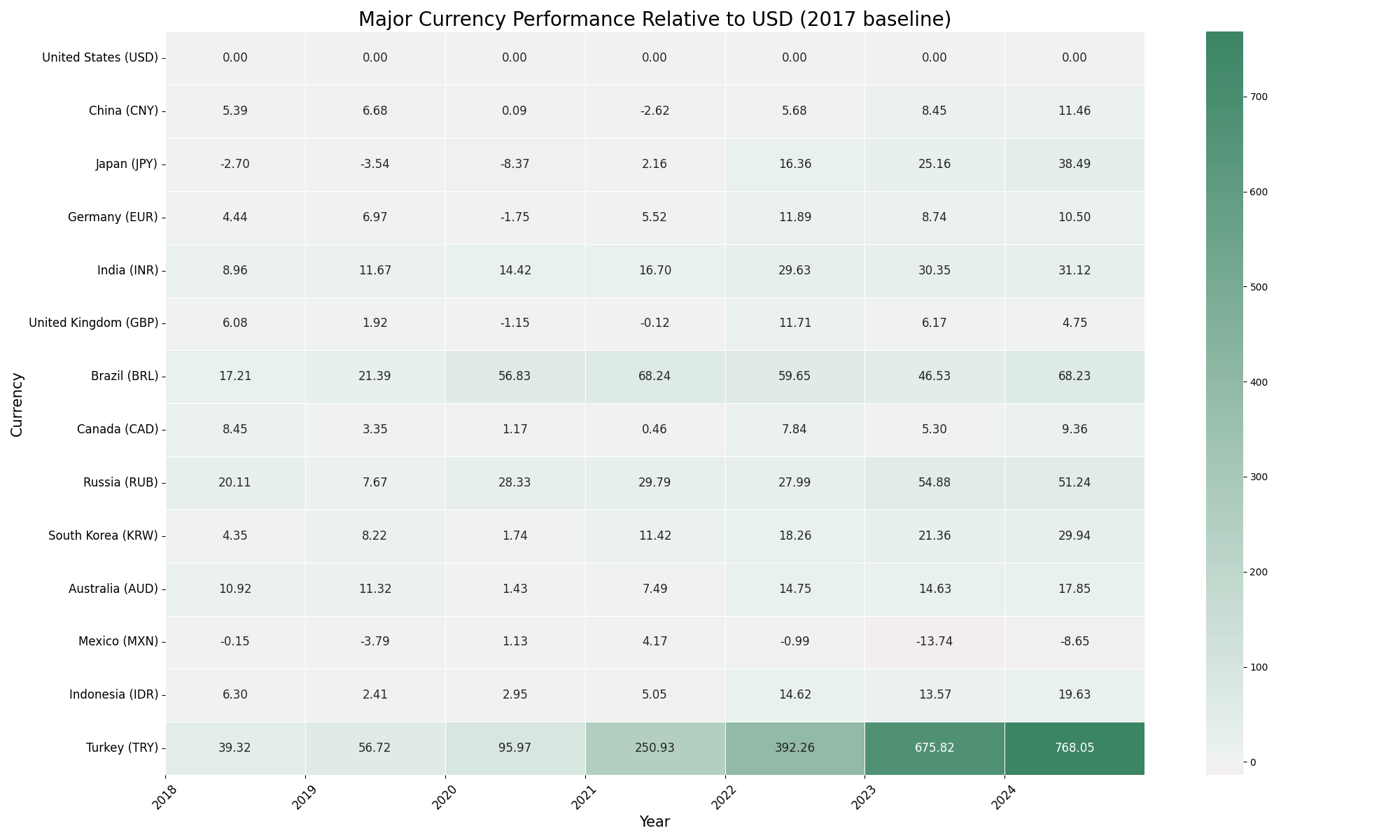
Repository: Lukeshirley/Global_Currencies_vs_USD
Script's output: python visualize_data.py
These files come from the project's save history. The script's output is drawn as it stood at one moment and after the next save; the edit follows.
Figures wider than 1,400 px are first shrunk to that width. Random numbers start from a fixed seed.

Above is the script's output before, as saved 2024-07-23 08:05:14.

### visualize_data.py
import pandas as pd
import seaborn as sns
import matplotlib.pyplot as plt

def format_for_heatmap(value):
    try:
        return float(value.replace('%', ''))
    except:
        return 0

def visualize_performance():
    df = pd.read_csv('currency_performance.csv')
    print("Loaded data:")
    print(df.head())  # Debugging: Check the loaded data

    # List of top 15 countries by GDP and their currencies
    major_currencies = {
        'USD': 'United States',
        'CNY': 'China',
        'JPY': 'Japan',
        'EUR': 'Germany',
        'INR': 'India',
        'GBP': 'United Kingdom',
        'BRL': 'Brazil',
        'CAD': 'Canada',
        'RUB': 'Russia',
        'KRW': 'South Korea',
        'AUD': 'Australia',
        'MXN': 'Mexico',
        'IDR': 'Indonesia',
        'TRY': 'Turkey'
    }

    # Ensure the DataFrame is using the correct index
    df.set_index('currency', inplace=True)

    # Filter only those currencies that are available in the dataset
    available_major_currencies = {k: v for k, v in major_currencies.items() if k in df.columns}
    print("Available major currencies:")
    print(available_major_currencies)

    if not available_major_currencies:
        print("None of the specified major currencies are available in the dataset.")
        print("Available currencies:", df.columns.tolist())
        return

    # Filter the DataFrame to include only the major currencies
    df_filtered = df[available_major_currencies.keys()]
    print("Filtered data for major currencies:")
    print(df_filtered.head())  # Debugging: Check the filtered data

    # Rename the columns to include country names
    df_filtered.columns = [f"{country} ({currency})" for currency, country in available_major_currencies.items()]

    # Transpose the DataFrame for proper visualization
    df_filtered = df_filtered.T

    # Convert the percentage values for heatmap visualization
    df_filtered = df_filtered.applymap(format_for_heatmap)

    plt.figure(figsize=(20, 12))
    cmap = sns.diverging_palette(10, 150, as_cmap=True)  # Green and Red
    sns.heatmap(df_filtered, annot=True, cmap=cmap, fmt=".2f", linewidths=.5, cbar=True, annot_kws={"size": 12}, center=0)
    plt.title('Major Currency Performance Relative to USD (2017 baseline)', fontsize=20)
    plt.xlabel('Year', fontsize=15)
    plt.ylabel('Currency', fontsize=15)
    plt.xticks(ticks=range(len(df_filtered.columns)), labels=[d[:4] for d in df_filtered.columns], rotation=45, fontsize=12)
    plt.yticks(fontsize=12)
    plt.tight_layout()
    plt.savefig('major_currency_performance_matrix.png', dpi=300)
    plt.show()

def main():
    visualize_performance()

if __name__ == "__main__":
    main()

### currency_performance.csv
currency,AED,AFN,ALL,AMD,ANG,AOA,ARS,AUD,AWG,AZN,BAM,BBD,BDT,BGN,BHD,BIF,BMD,BND,BOB,BRL,BSD,BTC,BTN,BWP,BYN,BZD,CAD,CDF,CHF,CLF,CLP,CNH,CNY,COP,CRC,CUC,CUP,CVE,CZK,DJF,DKK,DOP,DZD,EGP,ERN,ETB,EUR,FJD,FKP,GBP,GEL,GGP,GHS,GIP,GMD,GNF,GTQ,GYD,HKD,HNL,HRK,HTG,HUF,IDR,ILS,IMP,INR,IQD,IRR,ISK,JEP,JMD,JOD,JPY,KES,KGS,KHR,KMF,KPW,KRW,KWD,KYD,KZT,LAK,LBP,LKR,LRD,LSL,LYD,MAD,MDL,MGA,MKD,MMK,MNT,MOP,MRO,MRU,MUR,MVR,MWK,MXN,MYR,MZN,NAD,NGN,NIO,NOK,NPR,NZD,OMR,PAB,PEN,PGK,PHP,PKR,PLN,PYG,QAR,RON,RSD,RUB,RWF,SAR,SBD,SCR,SDG,SEK,SGD,SHP,SLL,SOS,SRD,SSP,STD,STN,SVC,SYP,SZL,THB,TJS,TMT,TND,TOP,TRY,TTD,TWD,TZS,UAH,UGX,USD,UYU,UZS,VEF,VES,VND,VUV,WST,XAF,XAG,XAU,XCD,XDR,XOF,XPD,XPF,XPT,YER,ZAR,ZMW,ZWL
2018-12-31,-0.00 %,8.54 %,-2.59 %,0.46 %,-0.37 %,85.99 %,96.38 %,10.92 %,0.56 %,0.15 %,4.86 %,0.00 %,1.18 %,4.86 %,0.03 %,2.32 %,0.00 %,18.14 %,-0.17 %,17.21 %,0.00 %,274.37 %,9.47 %,9.15 %,9.64 %,0.48 %,8.45 %,2.64 %,1.17 %,5.05 %,12.86 %,5.52 %,5.39 %,8.40 %,6.96 %,0.00 %,0.98 %,4.73 %,5.36 %,-0.31 %,4.96 %,4.62 %,3.04 %,0.60 %,-1.58 %,3.32 %,4.44 %,5.06 %,6.08 %,6.08 %,3.30 %,6.08 %,7.18 %,6.08 %,3.75 %,1.48 %,5.33 %,1.33 %,0.22 %,3.31 %,4.38 %,21.21 %,8.16 %,6.30 %,7.60 %,6.08 %,8.96 %,0.24 %,18.15 %,12.46 %,6.08 %,2.46 %,-0.13 %,-2.70 %,-1.22 %,-1.08 %,-0.73 %,4.92 %,0.00 %,4.35 %,0.64 %,0.19 %,15.71 %,2.87 %,-0.07 %,19.39 %,25.36 %,16.68 %,2.45 %,2.18 %,0.07 %,7.04 %,4.96 %,14.34 %,1.27 %,0.42 %,0.64 %,3.56 %,2.24 %,0.39 %,7.11 %,-0.15 %,1.75 %,3.47 %,16.35 %,1.47 %,5.40 %,5.27 %,9.46 %,5.64 %,0.05 %,0.00 %,4.34 %,5.18 %,4.92 %,26.50 %,7.38 %,6.89 %,0.05 %,4.48 %,4.72 %,20.11 %,3.84 %,0.03 %,6.12 %,-2.85 %,579.82 %,9.16 %,1.90 %,6.08 %,9.66 %,-1.08 %,0.00 %,0.00 %,2.89 %,4.97 %,0.18 %,0.07 %,16.23 %,-0.87 %,6.93 %,-0.28 %,20.29 %,0.50 %,39.32 %,1.23 %,3.09 %,3.03 %,-1.39 %,2.10 %,0.00 %,12.55 %,2.93 %,2488503.85 %,nan %,1.83 %,5.07 %,2.94 %,4.44 %,9.27 %,1.56 %,0.00 %,2.08 %,4.44 %,-16.07 %,4.44 %,16.85 %,-0.01 %,16.02 %,19.47 %,0.00 %
2019-12-31,0.01 %,12.36 %,-2.03 %,-0.90 %,-5.34 %,190.63 %,212.42 %,11.32 %,0.56 %,0.15 %,6.90 %,0.00 %,2.67 %,7.01 %,0.06 %,7.02 %,0.00 %,0.99 %,-0.31 %,21.39 %,0.00 %,93.37 %,11.92 %,7.80 %,6.71 %,0.41 %,3.35 %,5.70 %,-0.67 %,16.03 %,20.29 %,6.86 %,6.68 %,10.05 %,1.13 %,0.00 %,0.98 %,7.00 %,6.53 %,-0.32 %,7.41 %,9.55 %,3.83 %,-9.77 %,-1.62 %,16.81 %,6.97 %,5.23 %,1.92 %,1.92 %,10.24 %,1.92 %,25.80 %,1.92 %,7.53 %,6.07 %,4.96 %,1.18 %,-0.32 %,4.40 %,7.13 %,49.15 %,14.08 %,2.41 %,-0.60 %,1.92 %,11.67 %,0.33 %,18.15 %,17.23 %,1.92 %,6.52 %,-0.21 %,-3.54 %,-1.75 %,0.06 %,0.51 %,6.86 %,0.00 %,8.22 %,0.57 %,0.12 %,15.22 %,6.94 %,0.14 %,18.28 %,49.50 %,13.72 %,2.97 %,2.27 %,0.49 %,13.32 %,6.98 %,9.16 %,11.46 %,-0.24 %,0.64 %,7.42 %,8.35 %,0.32 %,1.71 %,-3.79 %,0.72 %,4.21 %,13.39 %,1.14 %,9.66 %,7.45 %,12.09 %,5.67 %,0.05 %,0.00 %,2.37 %,6.27 %,1.29 %,40.09 %,9.24 %,15.57 %,0.04 %,9.72 %,6.38 %,7.67 %,10.47 %,0.02 %,6.98 %,-2.46 %,544.30 %,14.46 %,0.85 %,1.92 %,-2.13 %,-1.05 %,0.00 %,-0.00 %,5.39 %,7.53 %,0.12 %,-0.02 %,13.35 %,-8.70 %,9.90 %,-0.28 %,12.94 %,0.94 %,56.72 %,0.59 %,0.84 %,2.93 %,-15.72 %,0.80 %,0.00 %,29.24 %,17.23 %,2488503.85 %,nan %,2.11 %,9.02 %,3.71 %,6.97 %,-5.21 %,-14.13 %,0.00 %,2.87 %,6.97 %,-45.37 %,6.97 %,-3.55 %,0.01 %,13.19 %,40.93 %,-0.11 %
2020-12-31,0.00 %,11.21 %,-9.09 %,8.21 %,0.69 %,294.25 %,338.94 %,1.43 %,0.56 %,0.15 %,-2.22 %,0.00 %,2.37 %,-1.80 %,0.04 %,10.45 %,0.00 %,-0.95 %,-0.60 %,56.83 %,0.00 %,-52.16 %,14.56 %,10.08 %,32.17 %,0.41 %,1.17 %,23.58 %,-9.35 %,11.71 %,15.58 %,-0.13 %,0.09 %,15.17 %,7.94 %,-0.02 %,0.98 %,-1.79 %,0.90 %,-0.33 %,-1.80 %,20.37 %,15.15 %,-11.44 %,-1.61 %,43.81 %,-1.75 %,0.88 %,-1.15 %,-1.15 %,26.62 %,-1.15 %,29.62 %,-1.15 %,8.59 %,10.95 %,6.19 %,1.18 %,-0.77 %,2.49 %,-0.19 %,13.80 %,14.71 %,2.95 %,-7.54 %,-1.15 %,14.42 %,23.00 %,18.15 %,23.72 %,-1.15 %,14.93 %,-0.21 %,-8.37 %,5.77 %,19.13 %,-0.47 %,-1.87 %,0.00 %,1.74 %,0.88 %,0.12 %,26.81 %,11.90 %,0.23 %,20.81 %,30.88 %,19.05 %,-1.36 %,-4.92 %,0.29 %,18.88 %,-2.09 %,-1.78 %,17.96 %,-0.67 %,0.64 %,3.08 %,18.32 %,-0.00 %,6.27 %,1.13 %,-0.27 %,26.79 %,18.78 %,7.89 %,13.22 %,4.77 %,14.56 %,-1.25 %,0.03 %,0.00 %,11.79 %,10.16 %,-3.90 %,44.88 %,6.79 %,23.88 %,0.05 %,2.46 %,-2.31 %,28.33 %,16.10 %,0.02 %,3.09 %,50.95 %,688.07 %,0.60 %,-1.16 %,-1.15 %,31.93 %,-0.91 %,89.78 %,-0.00 %,-0.33 %,-0.65 %,0.12 %,-0.33 %,18.61 %,-7.79 %,28.50 %,-0.28 %,9.67 %,0.45 %,95.97 %,0.60 %,-5.28 %,3.86 %,0.77 %,0.55 %,0.00 %,46.68 %,29.19 %,2488503.85 %,nan %,2.17 %,3.23 %,-0.52 %,-1.75 %,-35.84 %,-31.37 %,0.00 %,-1.26 %,-1.75 %,-56.71 %,-1.75 %,-13.27 %,0.03 %,18.45 %,111.96 %,-0.11 %
2021-12-31,0.00 %,49.26 %,-3.76 %,-0.63 %,1.13 %,231.83 %,436.13 %,7.49 %,0.56 %,0.00 %,6.07 %,0.00 %,3.71 %,5.71 %,0.03 %,13.95 %,0.00 %,1.22 %,-0.41 %,68.24 %,0.00 %,-70.20 %,16.63 %,19.83 %,29.40 %,0.45 %,0.46 %,25.55 %,-6.39 %,33.96 %,38.60 %,-2.31 %,-2.62 %,35.71 %,13.57 %,0.00 %,0.98 %,5.75 %,2.79 %,-0.46 %,5.41 %,18.72 %,21.03 %,-11.60 %,-1.61 %,79.63 %,5.52 %,4.25 %,-0.12 %,-0.12 %,19.30 %,-0.12 %,35.73 %,-0.12 %,10.67 %,3.44 %,5.17 %,1.17 %,-0.23 %,3.33 %,6.76 %,57.17 %,25.45 %,5.05 %,-10.55 %,-0.12 %,16.70 %,22.88 %,18.63 %,25.64 %,-0.12 %,23.80 %,-0.18 %,2.16 %,9.69 %,22.06 %,0.26 %,5.90 %,0.00 %,11.42 %,0.35 %,0.16 %,30.94 %,34.65 %,0.15 %,32.36 %,15.65 %,29.34 %,238.50 %,-0.76 %,3.85 %,21.58 %,6.24 %,31.56 %,18.07 %,-0.04 %,nan %,6.70 %,29.95 %,-0.00 %,12.28 %,4.17 %,2.83 %,8.22 %,28.97 %,14.68 %,14.93 %,7.43 %,16.63 %,3.79 %,0.04 %,0.00 %,23.21 %,9.71 %,2.07 %,61.23 %,15.83 %,23.27 %,0.04 %,11.94 %,4.93 %,29.79 %,18.94 %,0.10 %,4.27 %,-1.59 %,6143.17 %,10.58 %,0.84 %,-0.12 %,47.83 %,-0.27 %,179.00 %,-0.00 %,3.46 %,7.29 %,0.16 %,387.87 %,28.89 %,2.06 %,28.23 %,0.00 %,17.05 %,0.48 %,250.93 %,1.09 %,-6.57 %,3.30 %,-2.93 %,-2.46 %,0.00 %,55.27 %,33.44 %,nan %,nan %,0.30 %,6.99 %,2.66 %,5.52 %,-27.40 %,-28.77 %,0.00 %,1.59 %,5.52 %,-44.03 %,5.52 %,-3.92 %,-0.03 %,28.86 %,66.88 %,-0.11 %
2022-12-31,-0.01 %,25.88 %,-3.31 %,-18.53 %,1.12 %,203.57 %,824.80 %,14.75 %,0.56 %,0.00 %,12.61 %,0.00 %,24.78 %,12.14 %,-0.07 %,17.28 %,0.00 %,0.87 %,-0.21 %,59.65 %,0.00 %,-16.01 %,29.50 %,30.37 %,27.72 %,0.44 %,7.84 %,27.27 %,-5.07 %,33.41 %,37.99 %,6.37 %,5.68 %,61.71 %,3.31 %,0.00 %,0.98 %,12.31 %,6.06 %,-0.60 %,12.00 %,16.39 %,19.61 %,39.10 %,-1.61 %,96.07 %,11.89 %,8.96 %,11.71 %,11.71 %,4.07 %,11.71 %,84.23 %,11.71 %,29.98 %,-2.72 %,6.93 %,1.21 %,-0.01 %,4.60 %,13.74 %,129.90 %,44.25 %,14.62 %,1.47 %,11.71 %,29.63 %,22.92 %,17.44 %,37.02 %,11.71 %,21.96 %,-0.17 %,16.36 %,19.72 %,23.36 %,1.45 %,12.07 %,0.00 %,18.26 %,1.31 %,0.15 %,39.30 %,108.77 %,0.77 %,137.91 %,23.09 %,37.93 %,255.06 %,11.63 %,11.92 %,37.37 %,12.62 %,55.36 %,40.62 %,-0.12 %,nan %,4.99 %,31.01 %,0.03 %,41.31 %,-0.99 %,8.46 %,8.22 %,37.54 %,24.74 %,18.17 %,19.05 %,29.50 %,11.85 %,0.04 %,0.00 %,17.48 %,9.56 %,11.44 %,104.92 %,25.77 %,31.36 %,0.03 %,18.84 %,11.08 %,27.99 %,25.38 %,0.23 %,6.65 %,-4.56 %,8062.50 %,27.41 %,0.24 %,11.71 %,130.89 %,-2.75 %,326.51 %,-0.00 %,11.56 %,13.89 %,0.15 %,387.88 %,37.45 %,6.17 %,15.69 %,-0.28 %,27.15 %,3.42 %,392.26 %,1.13 %,3.36 %,4.47 %,31.10 %,2.34 %,0.00 %,38.82 %,38.44 %,nan %,nan %,4.13 %,11.58 %,6.46 %,11.89 %,-29.36 %,-28.57 %,0.00 %,7.03 %,11.89 %,-40.68 %,11.89 %,-13.23 %,-0.01 %,37.52 %,81.37 %,-0.11 %
2023-12-31,-0.00 %,1.82 %,-15.45 %,-16.16 %,1.31 %,400.15 %,4133.16 %,14.63 %,0.56 %,0.00 %,8.58 %,0.00 %,33.00 %,8.67 %,0.19 %,62.32 %,0.00 %,-0.89 %,-0.02 %,46.53 %,0.00 %,-67.17 %,30.70 %,36.85 %,67.37 %,0.62 %,5.30 %,71.49 %,-13.65 %,39.07 %,43.36 %,9.42 %,8.45 %,30.20 %,-7.93 %,0.00 %,0.98 %,8.18 %,5.17 %,-0.10 %,8.87 %,20.23 %,17.16 %,74.26 %,-1.61 %,106.01 %,8.74 %,7.70 %,6.17 %,6.17 %,3.49 %,6.17 %,164.57 %,6.17 %,41.27 %,-4.44 %,6.79 %,1.47 %,-0.06 %,4.69 %,10.26 %,107.05 %,34.16 %,13.57 %,3.70 %,6.17 %,30.35 %,10.35 %,18.15 %,31.61 %,6.17 %,24.44 %,-0.13 %,25.16 %,52.43 %,28.26 %,0.83 %,8.40 %,0.00 %,21.36 %,2.04 %,0.34 %,37.78 %,147.64 %,896.78 %,111.66 %,50.20 %,50.15 %,251.18 %,5.98 %,1.28 %,41.37 %,8.73 %,55.65 %,42.39 %,0.31 %,nan %,12.53 %,31.45 %,-0.00 %,132.11 %,-13.74 %,13.20 %,8.30 %,49.72 %,149.88 %,19.05 %,23.96 %,30.70 %,12.39 %,0.11 %,0.00 %,14.29 %,17.46 %,10.89 %,152.71 %,12.81 %,30.74 %,0.11 %,15.88 %,7.62 %,54.88 %,47.83 %,0.04 %,8.55 %,-3.91 %,8476.33 %,23.26 %,-1.34 %,6.17 %,174.08 %,-2.33 %,392.70 %,-0.00 %,8.91 %,8.55 %,0.33 %,387.88 %,49.49 %,5.85 %,24.42 %,0.00 %,24.72 %,2.95 %,675.82 %,1.19 %,3.46 %,12.87 %,35.51 %,4.18 %,0.00 %,35.77 %,52.42 %,nan %,nan %,6.90 %,12.22 %,10.51 %,8.74 %,-28.85 %,-36.95 %,0.00 %,6.31 %,8.74 %,-3.31 %,8.74 %,-6.39 %,-0.04 %,47.80 %,158.21 %,-0.11 %
2024-07-23,0.00 %,1.70 %,-16.89 %,-19.72 %,1.11 %,425.93 %,4733.06 %,17.85 %,0.70 %,0.00 %,10.23 %,0.00 %,42.12 %,10.41 %,0.03 %,63.71 %,0.00 %,0.83 %,-0.22 %,68.23 %,0.00 %,-79.25 %,31.20 %,38.06 %,65.58 %,0.43 %,9.36 %,77.20 %,-8.50 %,48.45 %,53.59 %,11.89 %,11.46 %,35.55 %,-6.30 %,0.00 %,0.98 %,9.82 %,9.71 %,-0.29 %,10.74 %,22.42 %,17.35 %,172.12 %,-1.61 %,111.21 %,10.50 %,10.29 %,4.75 %,4.75 %,4.95 %,4.75 %,240.96 %,4.75 %,42.20 %,-4.42 %,5.71 %,1.19 %,-0.08 %,4.87 %,12.05 %,106.84 %,38.74 %,19.63 %,4.28 %,4.75 %,31.12 %,10.23 %,18.12 %,33.44 %,4.75 %,25.69 %,-0.24 %,38.49 %,28.44 %,21.80 %,1.20 %,10.25 %,0.00 %,29.94 %,1.41 %,0.13 %,42.44 %,166.92 %,5827.69 %,98.26 %,55.39 %,47.89 %,254.83 %,5.03 %,3.78 %,38.73 %,10.38 %,55.20 %,40.25 %,0.04 %,nan %,12.77 %,38.82 %,-0.33 %,139.16 %,-8.65 %,15.03 %,8.30 %,47.45 %,347.36 %,19.48 %,34.06 %,31.19 %,19.05 %,0.01 %,0.00 %,15.48 %,21.95 %,17.13 %,151.72 %,13.02 %,35.56 %,0.22 %,17.78 %,9.40 %,51.24 %,55.43 %,0.02 %,8.96 %,-3.20 %,8262.28 %,31.23 %,0.60 %,4.75 %,174.08 %,-2.42 %,293.47 %,-0.00 %,8.91 %,9.97 %,0.11 %,387.88 %,47.44 %,11.33 %,20.83 %,0.00 %,26.12 %,4.81 %,768.05 %,1.03 %,10.60 %,20.50 %,47.05 %,1.65 %,0.00 %,39.94 %,55.52 %,nan %,nan %,11.69 %,12.22 %,10.51 %,10.50 %,-41.73 %,-45.89 %,0.00 %,7.41 %,10.50 %,18.43 %,10.50 %,-2.41 %,0.01 %,48.25 %,159.61 %,-0.11 %

After the next save:
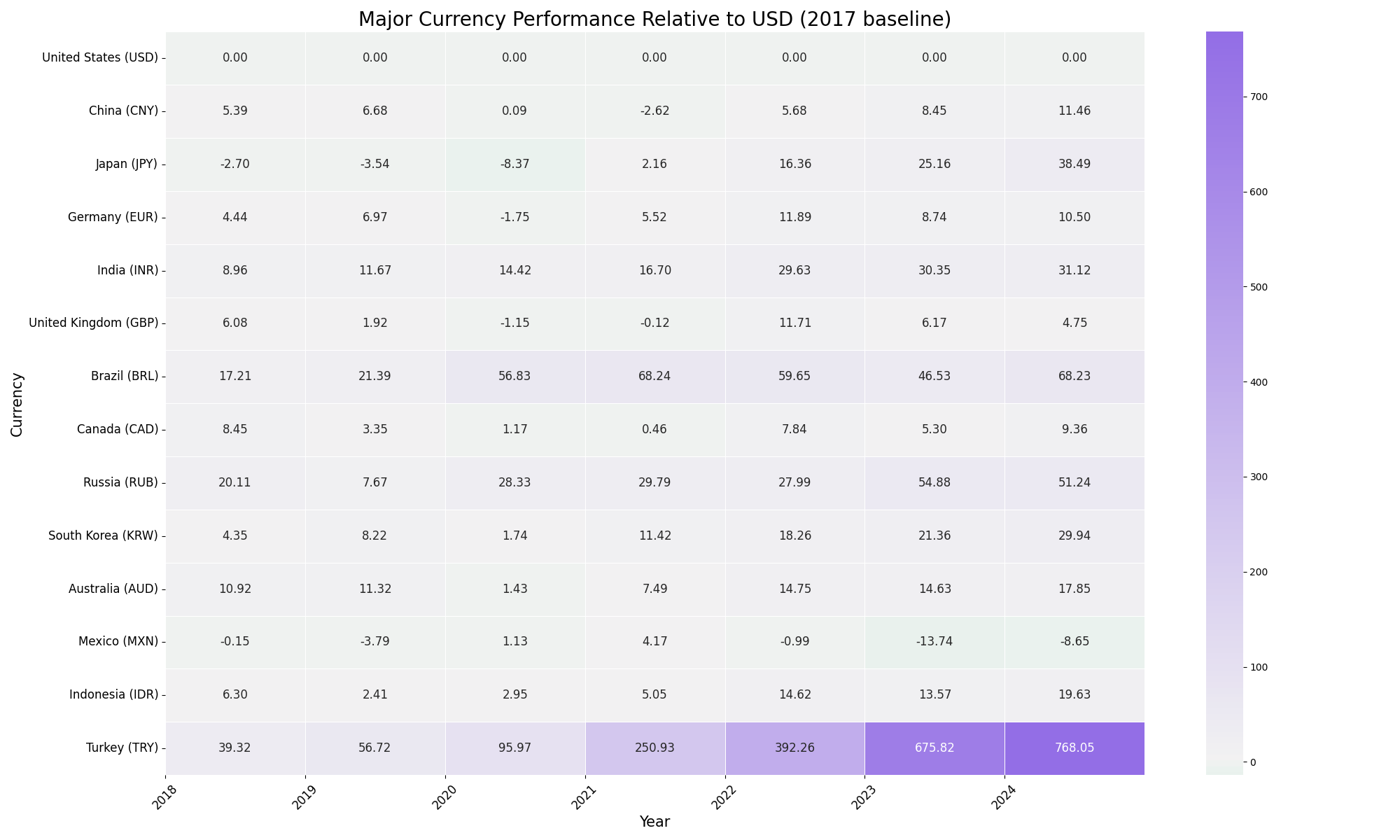
Saved 12 s later.
--- a/visualize_data.py
+++ b/visualize_data.py
@@ -59,7 +59,7 @@ def visualize_performance():
     df_filtered = df_filtered.applymap(format_for_heatmap)
 
     plt.figure(figsize=(20, 12))
-    cmap = sns.diverging_palette(10, 150, as_cmap=True)  # Green and Red
+    cmap = sns.diverging_palette(150, 275, s=80, l=55, n=9, as_cmap=True)  # Green and Red
     sns.heatmap(df_filtered, annot=True, cmap=cmap, fmt=".2f", linewidths=.5, cbar=True, annot_kws={"size": 12}, center=0)
     plt.title('Major Currency Performance Relative to USD (2017 baseline)', fontsize=20)
     plt.xlabel('Year', fontsize=15)
